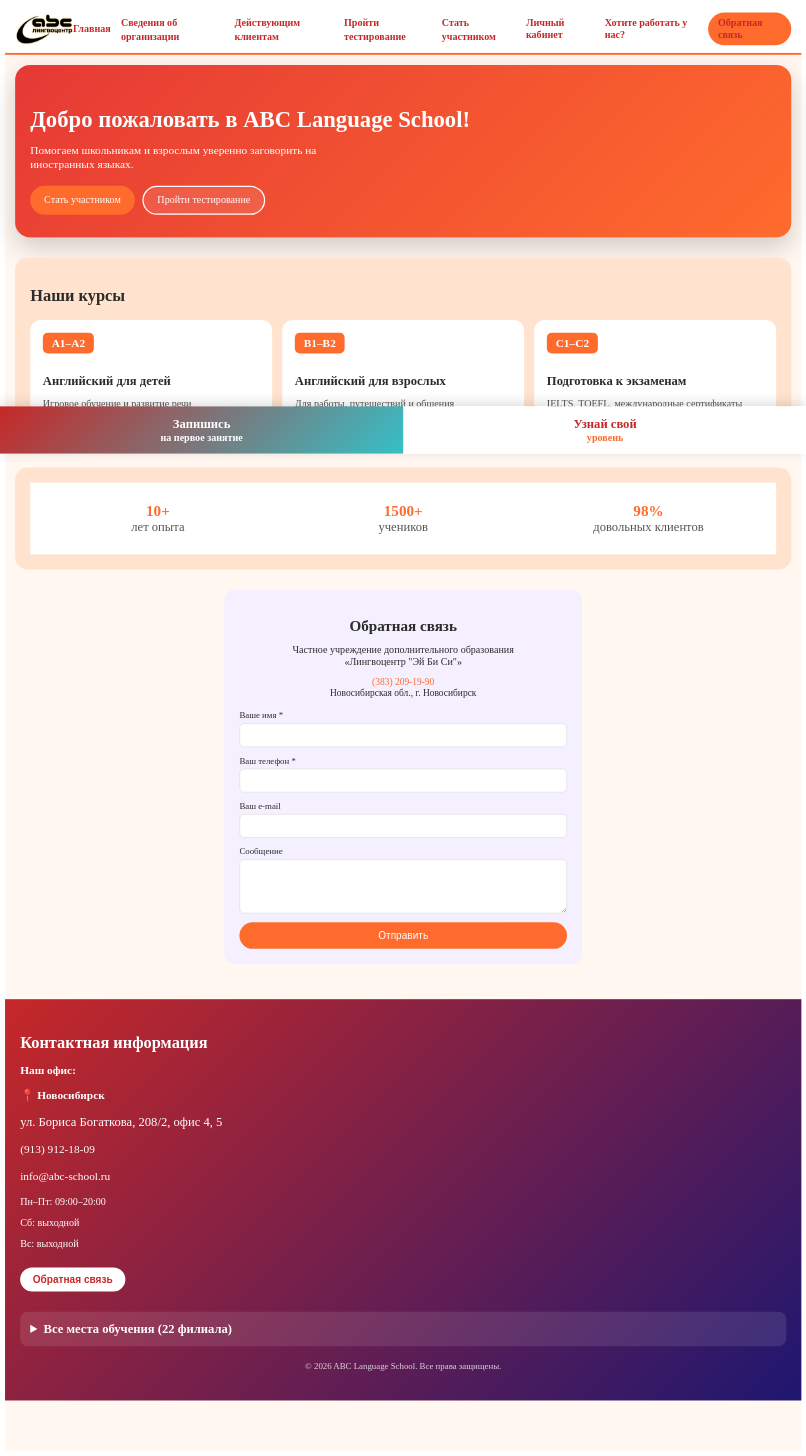
Repository: vidergooold/abc-language-school
Page: / (app in frontend/)
The author's editor kept a copy of each file at every save. The page is drawn from the files as they stood at one save, then again after a run of saves.
The browser window is 1280 px wide. The pictures show the whole page, at 63% of full size.
The project was rebuilt for these pictures with package versions that can differ from the ones it lists, and the page was loaded fresh each time. Also part of the build but not shown: frontend/vite.config.ts, frontend/src/components/courses/CoursesFilter.vue, frontend/src/components/courses/CourseCard.vue, frontend/src/components/courses/CoursesGrid.vue, frontend/src/pages/Courses.vue, frontend/src/pages/Login.vue, frontend/src/pages/Register.vue, frontend/src/pages/Enroll.vue and 22 more.

Above is the page before, as saved 2026-01-11 21:49:17.

After the next 2 saves:
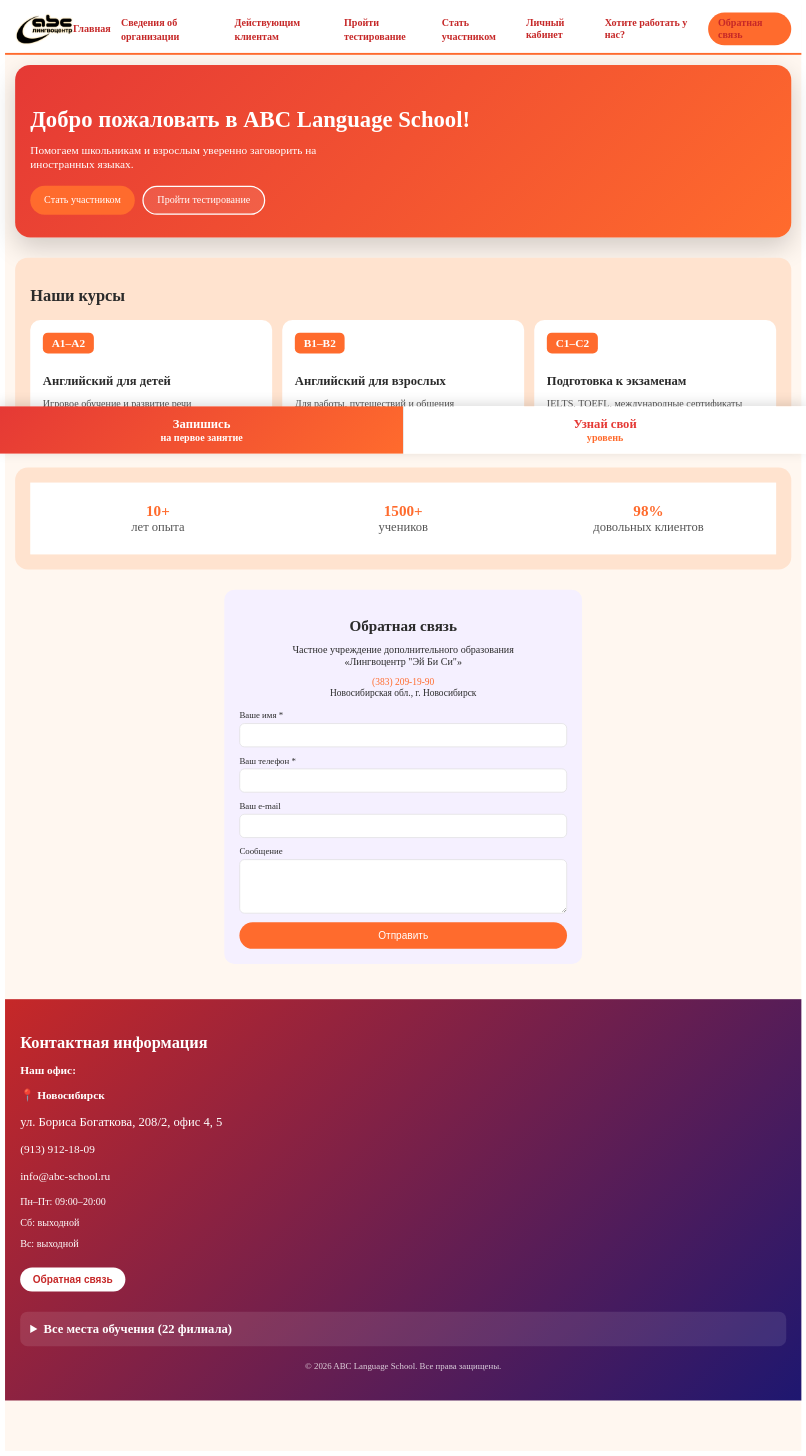
The 2 saves are shown as one change because they came seconds apart.
The last was saved 22 s later.
--- a/frontend/src/components/ui/FloatingCTA.vue
+++ b/frontend/src/components/ui/FloatingCTA.vue
@@ -45,13 +45,13 @@ import { RouterLink } from 'vue-router'
 }
 
 .cta-btn--enroll {
-  background: linear-gradient(135deg, var(--brand-purple), #35c0c7);
+  background: linear-gradient(135deg, var(--brand-red), var(--brand-orange));
   color: #ffffff;
 }
 
 .cta-btn--level {
   background: #ffffff;
-  color: var(--brand-purple);
+  color: var(--brand-red); /* было purple */
   border-left: 1px solid #e0e0e0;
 }
 
